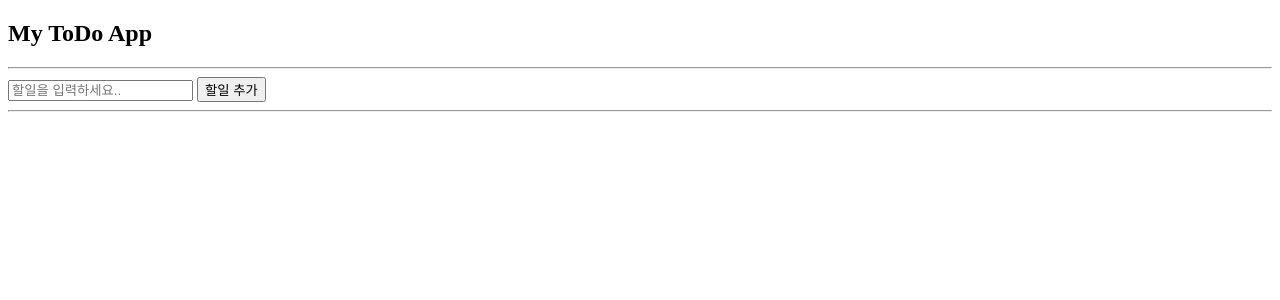
Repository: Hiron-Musk/JSP_ex
Page: jwbook/src/main/webapp/ch03/todoapp.html
These files come from the project's save history. The page is drawn as it stood at one moment and after the next save; the edit follows.
The browser window is 1280 px wide. The pictures show the whole page.

Above is the page before, as saved 2024-03-08 05:51:24.

After the next save:
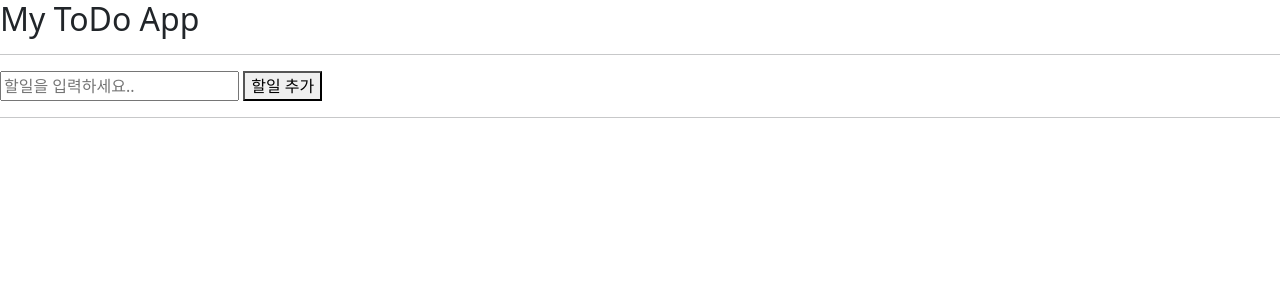
Saved 118 s later.
--- a/jwbook/src/main/webapp/ch03/todoapp.html
+++ b/jwbook/src/main/webapp/ch03/todoapp.html
@@ -3,6 +3,7 @@
 	<head>
 		<meta charset="UTF-8">
 		<title>실습3-2</title>
+		<link href="https://cdn.jsdelivr.net/npm/bootstrap@5.3.3/dist/css/bootstrap.min.css" rel="stylesheet" integrity="sha384-QWTKZyjpPEjISv5WaRU9OFeRpok6YctnYmDr5pNlyT2bRjXh0JMhjY6hW+ALEwIH" crossorigin="anonymous">
 	</head>
 	<body>
 		<div>
